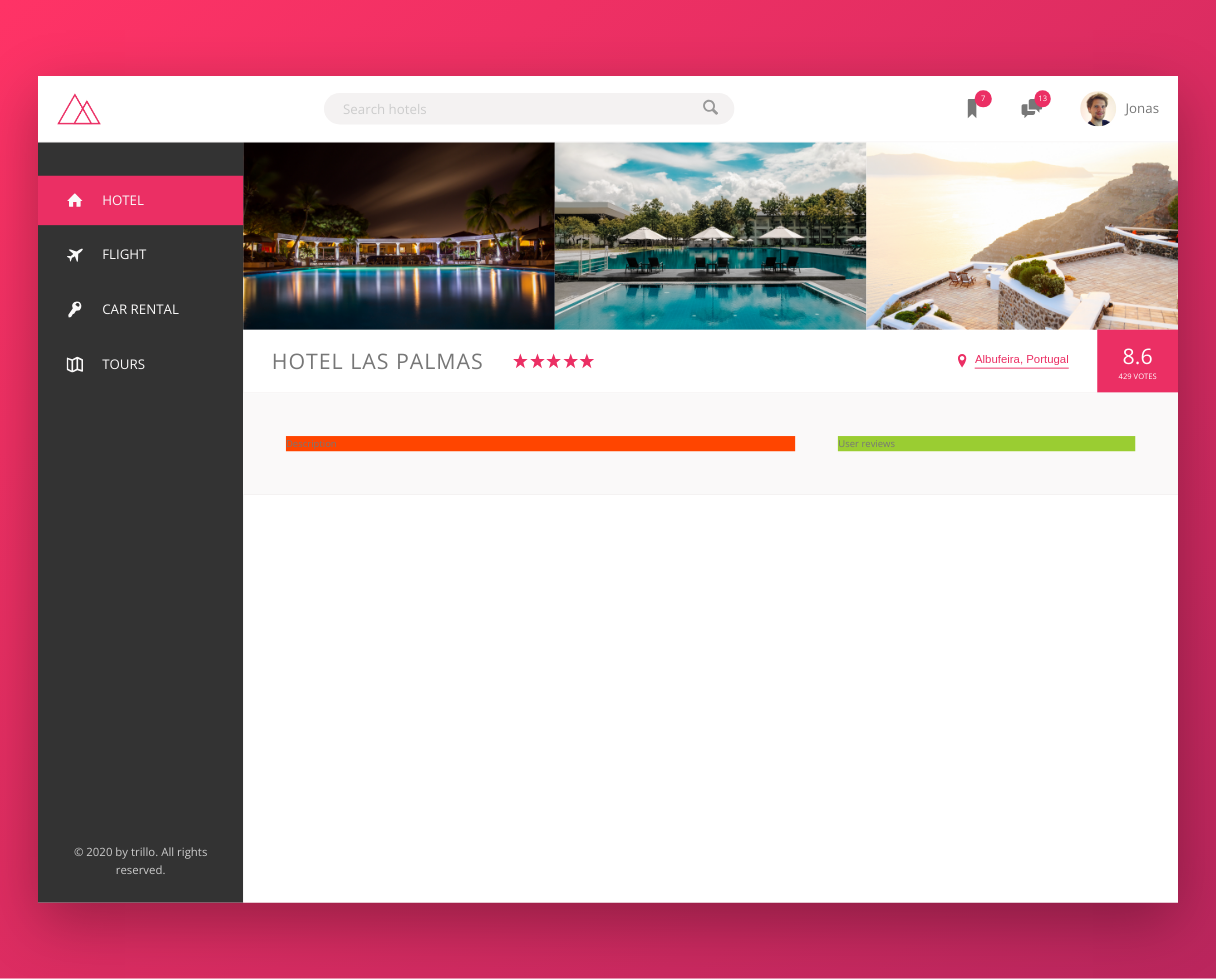
Repository: Lithium87/Trillo
Page: index.html
The author's editor kept a copy of each file at every save. The page is drawn from the files as they stood at one save, then again after the next save.
The browser window is 1280 px wide. The pictures show the whole page, at 95% of full size.
The style sheet was rebuilt from its Sass, Less or Tailwind sources for each picture, by a compiler version that may differ from the author's.

Above is the page before, as saved 2020-05-16 23:17:13.

### index.html
<!DOCTYPE html>
<html lang="en">

<head>
    <meta charset="UTF-8">
    <meta name="viewport" content="width=device-width, initial-scale=1.0">

    <link href="https://fonts.googleapis.com/css?family=Open+Sans:300,400,600" rel="stylesheet">
    <link rel="stylesheet" href="css/style.css">
    <link rel="shortcut icon" type="image/png" href="img/favicon.png">

    <title>trillo &mdash; Your all-in-one booking app</title>
</head>

<body>
    <div class="container">
        <header class="header">
            <img src="img/logo.png" alt="Trillo logo" class="logo">
            <form action="#" class="search">
                <input type="text" class="search__input" placeholder="Search hotels">
                <button class="search__button">
                    <svg class="search__icon">
                        <use xlink:href="img/sprite.svg#icon-magnifying-glass"></use>
                    </svg>
                </button>
            </form>

            <nav class="user-nav">
                <div class="user-nav__icon-box">
                    <svg class="user-nav__icon">
                        <use xlink:href="img/sprite.svg#icon-bookmark"></use>
                    </svg>
                    <span class="user-nav__notification">7</span>
                </div>
                <div class="user-nav__icon-box">
                    <svg class="user-nav__icon">
                        <use xlink:href="img/sprite.svg#icon-chat"></use>
                    </svg>
                    <span class="user-nav__notification">13</span>
                </div>
                <div class="user-nav__user">
                    <img src="img/user.jpg" alt="User photo" class="user-nav__user-photo">
                    <span class="user-nav__user-name">Jonas</span>
                </div>
            </nav>
        </header>
        <div class="content">
            <nav class="sidebar">
                <ul class="side-nav">
                    <li class="side-nav__item side-nav__item--active">
                        <a href="#" class="side-nav__link">
                            <svg class="side-nav__icon">
                                <use xlink:href="img/stripe.svg#icon-home"></use>
                            </svg>
                            <span>Hotel</span>
                        </a>
                    </li>
                    <li class="side-nav__item">
                        <a href="#" class="side-nav__link">
                            <svg class="side-nav__icon">
                                <use xlink:href="img/stripe.svg#icon-aircraft"></use>
                            </svg>
                            <span>Flight</span>
                        </a>
                    </li>
                    <li class="side-nav__item">
                        <a href="#" class="side-nav__link">
                            <svg class="side-nav__icon">
                                <use xlink:href="img/stripe.svg#icon-key"></use>
                            </svg>
                            <span>Car rental</span>
                        </a>
                    </li>
                    <li class="side-nav__item">
                        <a href="#" class="side-nav__link">
                            <svg class="side-nav__icon">
                                <use xlink:href="img/stripe.svg#icon-map"></use>
                            </svg>
                            <span>Tours</span>
                        </a>
                    </li>
                </ul>
                <div class="legal">
                    &copy; 2020 by trillo. All rights reserved.
                </div>
            </nav>
            <main class="hotel-view">
                <div class="gallery">
                    <figure class="gallery__item">
                        <img src="img/hotel-1.jpg" alt="Photo of hotel 1" class="gallery__photo">
                    </figure>
                    <figure class="gallery__item">
                        <img src="img/hotel-2.jpg" alt="Photo of hotel 2" class="gallery__photo">
                    </figure>
                    <figure class="gallery__item">
                        <img src="img/hotel-3.jpg" alt="Photo of hotel 3" class="gallery__photo">
                    </figure>
                </div>
                <div class="overview">
                    <h1 class="overview__heading">Hotel Las Palmas</h1>
                    <div class="overview__stars">
                        <svg class="overview__icon-star">
                            <use xlink:href="img/stripe.svg#icon-star"></use>
                        </svg>
                        <svg class="overview__icon-star">
                            <use xlink:href="img/stripe.svg#icon-star"></use>
                        </svg>
                        <svg class="overview__icon-star">
                            <use xlink:href="img/stripe.svg#icon-star"></use>
                        </svg>
                        <svg class="overview__icon-star">
                            <use xlink:href="img/stripe.svg#icon-star"></use>
                        </svg>
                        <svg class="overview__icon-star">
                            <use xlink:href="img/stripe.svg#icon-star"></use>
                        </svg>
                    </div>
                    <div class="overview__location">
                        <svg class="overview__icon-location">
                            <use xlink:href="img/stripe.svg#icon-location-pin"></use>
                        </svg>
                        <button class="btn-inline">Albufeira, Portugal</button>
                    </div>
                    <div class="overview__rating">
                        <div class="overview__rating-average">8.6</div>
                        <div class="overview__rating-count">429 votes</div>
                    </div>
                </div>
                <div class="detail">
                    <div class="description">
                        Description
                    </div>
                    <div class="user-reviews">
                        User reviews
                    </div>
                </div>
            </main>
        </div>
    </div>
</body>

</html>

### sass/_base.scss
:root {
    --color-primary: #eb2f64;
    --color-primary-light: #FF3366;
    --color-primary-dark: #BA265D;
    --color-grey-light-1: #faf9f9;
    --color-grey-light-2: #f4f2f2;
    --color-grey-light-3: #f0eeee;
    --color-grey-light-4: #ccc;
    --color-grey-dark-1: #333;
    --color-grey-dark-2: #777;
    --color-grey-dark-3: #999;
    --shadow-dark: 0 2rem 6rem rgba(0, 0, 0, .3);
    --shadow-light: 0 2rem 5rem rgba(0, 0, 0, .6);
    --line: 1px solid var(--color-grey-light-2);
}

* {
    margin: 0;
    padding: 0;
}

*,
*::before,
*::after {
    box-sizing: inherit;
}

html {
    box-sizing: border-box;
    font-size: 62.5%; // 1rem = 10px
}

body {
    font-family: 'Open Sans', sans-serif;
    font-weight: 400;
    line-height: 1.6;
    color: var(--color-grey-dark-2);
    background-image: linear-gradient(to right bottom, var(--color-primary-light), var(--color-primary-dark));
    background-size: cover;
    background-repeat: no-repeat;
    min-height: 100vh;
}

### sass/_layout.scss
.container {
    max-width: 120rem;
    margin: 8rem auto;
    background-color: var(--color-grey-light-1);
    box-shadow: var(--shadow-dark);
    min-height: 50rem;
}

.header {
    font-size: 1.4rem;
    height: 7rem;
    background-color: #fff;
    border-bottom: var(--line);
    display: flex;
    justify-content: space-between;
    align-items: center;
}

.content {
    display: flex;
}

.sidebar {
    background-color: var(--color-grey-dark-1);
    flex: 0 0 18%;
    display: flex;
    flex-direction: column;
    justify-content: space-between;
}

.hotel-view {
    background-color: #fff;
    flex: 1;
    height: 80rem;
}

.detail {
    display: flex;
    padding: 4.5rem;
    background-color: var(--color-grey-light-1);
    border-bottom: var(--line);
}

.description {
    background-color: orangered;
    flex: 0 0 60%;
    margin-right: 4.5rem;
}

.user-reviews {
    background-color: yellowgreen;
    flex: 1;
}

### sass/_components.scss
///////////////////////
//LOGO
.logo {
    height: 3.25rem;
    margin-left: 2rem;
}

///////////////////////
//SEARCH BOX
.search {
    flex: 0 0 40%;
    display: flex;
    align-items: center;
    justify-content: center;
    &__input {
        font-family: inherit;
        font-size: inherit;
        color: inherit;
        background-color: var(--color-grey-light-2);
        border: none;
        padding: .7rem 2rem;
        border-radius: 100px;
        width: 90%;
        transition: all .2s;
        margin-right: -3.5rem;
        &:focus {
            outline: none;
            width: 100%;
            background-color: var(--color-grey-light-3);
        }
        &::-webkit-input-placeholder {
            font-weight: 100;
            color: var(--color-grey-light-4);
        }
    }
    &__input:focus+&__button {
        background-color: var(--color-grey-light-3);
    }
    &__button {
        border: none;
        background-color: var(--color-grey-light-2);
        &:focus {
            outline: none;
        }
        &:active {
            transform: translateY(2px);
        }
    }
    &__icon {
        height: 2rem;
        width: 2rem;
        fill: var(--color-grey-dark-3);
    }
}

///////////////////////
//USER NAVIGATION
.user-nav {
    align-self: stretch;
    display: flex;
    align-items: center;
    &>* {
        padding: 0 2rem;
        cursor: pointer;
        height: 100%;
        display: flex;
        align-items: center;
    }
    &>*:hover {
        background-color: var(--color-grey-light-2);
    }
    &__icon-box {
        position: relative;
    }
    &__icon {
        height: 2.25rem;
        width: 2.25rem;
        fill: var(--color-grey-dark-2);
    }
    &__notification {
        font-size: .8rem;
        height: 1.75rem;
        width: 1.75rem;
        border-radius: 50%;
        background-color: var(--color-primary);
        color: #fff;
        position: absolute;
        top: 1.5rem;
        right: 1.1rem;
        display: flex;
        justify-content: center;
        align-items: center;
    }
    &__user-photo {
        height: 3.75rem;
        border-radius: 50%;
        margin-right: 1rem;
    }
}

///////////////////////
//SIDE NAVIGATION
.side-nav {
    font-size: 1.4rem;
    list-style: none;
    margin-top: 3.5rem;
    &__item {
        position: relative;
        &:not(:last-child) {
            margin-bottom: .5rem;
        }
    }
    &__item::before {
        content: "";
        position: absolute;
        top: 0;
        left: 0;
        height: 100%;
        width: 3px;
        background-color: var(--color-primary);
        transform: scaleY(0);
        transition: transform .2s, width .4s cubic-bezier(1, 0, 0, 1) .2s, background-color .1s;
    }
    &__item:hover::before,
    &__item--active::before {
        transform: scaleY(1);
        width: 100%;
    }
    &__item:active::before {
        background-color: var(--color-primary-light);
    }
    &__link:link,
    &__link:visited {
        color: var(--color-grey-light-1);
        text-decoration: none;
        text-transform: uppercase;
        display: block;
        padding: 1.5rem 3rem;
        position: relative;
        z-index: 10;
        display: flex;
        align-items: center;
    }
    &__icon {
        width: 1.75rem;
        height: 1.75rem;
        margin-right: 2rem;
        fill: currentColor;
    }
}

///////////////////////
//LEGAL TEXT
.legal {
    font-size: 1.2rem;
    color: var(--color-grey-light-4);
    text-align: center;
    padding: 2.5rem;
}

///////////////////////
//GALLERY
.gallery {
    display: flex;
    &__photo {
        width: 100%;
        display: block;
    }
}

///////////////////////
//HOTEL OVERVIEW
.overview {
    display: flex;
    align-items: center;
    border-bottom: var(--line);
    &__heading {
        font-size: 2.25rem;
        font-weight: 300;
        text-transform: uppercase;
        letter-spacing: 1px;
        padding: 1.5rem 3rem;
    }
    &__stars {
        margin-right: auto;
        display: flex;
    }
    &__icon-star,
    &__icon-location {
        width: 1.75rem;
        height: 1.75rem;
        fill: var(--color-primary);
    }
    &__location {
        font-size: 1.2rem;
        display: flex;
        align-items: center;
    }
    &__icon-location {
        margin-right: .5rem;
    }
    &__rating {
        background-color: var(--color-primary);
        color: #fff;
        margin-left: 3rem;
        padding: 0 2.25rem;
        align-self: stretch;
        display: flex;
        flex-direction: column;
        align-items: center;
        justify-content: center;
    }
    &__rating-average {
        font-size: 2.25rem;
        font-weight: 300;
        margin-bottom: -3px;
    }
    &__rating-count {
        font-size: .8rem;
        text-transform: uppercase;
    }
}

///////////////////////
//BUTTON INLINE
.btn-inline {
    border: none;
    color: var(--color-primary);
    font-size: inherit;
    border-bottom: 1px solid currentColor;
    padding-bottom: 2px;
    display: inline-block;
    background-color: transparent;
    cursor: pointer;
    transition: all .2s;
    &:hover {
        color: var(--color-grey-dark-1);
    }
    &:focus {
        outline: none;
        animation: pulsate 1s infinite;
    }
}

@keyframes pulsate {
    0% {
        transform: scale(1);
        box-shadow: none;
    }
    50% {
        transform: scale(1.05);
        box-shadow: 0 1rem 4rem rgba(0, 0, 0, .25);
    }
    100% {
        transform: scale(1);
        box-shadow: none;
    }
}

Loaded but not shown: sass/main.scss (common file)

After the next save:
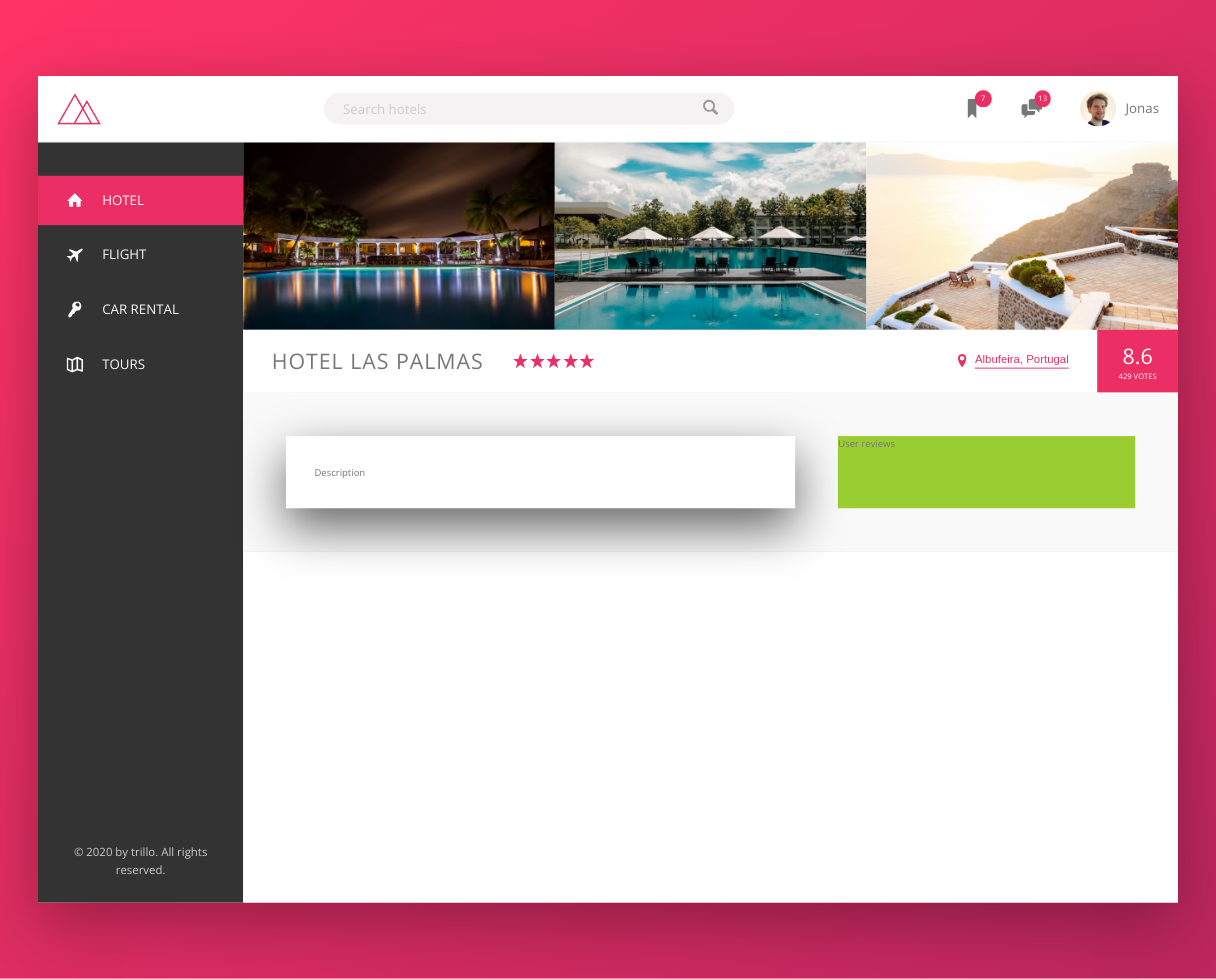
Saved 86 s later.
--- a/sass/_layout.scss
+++ b/sass/_layout.scss
@@ -42,7 +42,9 @@
 }
 
 .description {
-    background-color: orangered;
+    background-color: #fff;
+    box-shadow: var(--shadow-light);
+    padding: 3rem;
     flex: 0 0 60%;
     margin-right: 4.5rem;
 }
